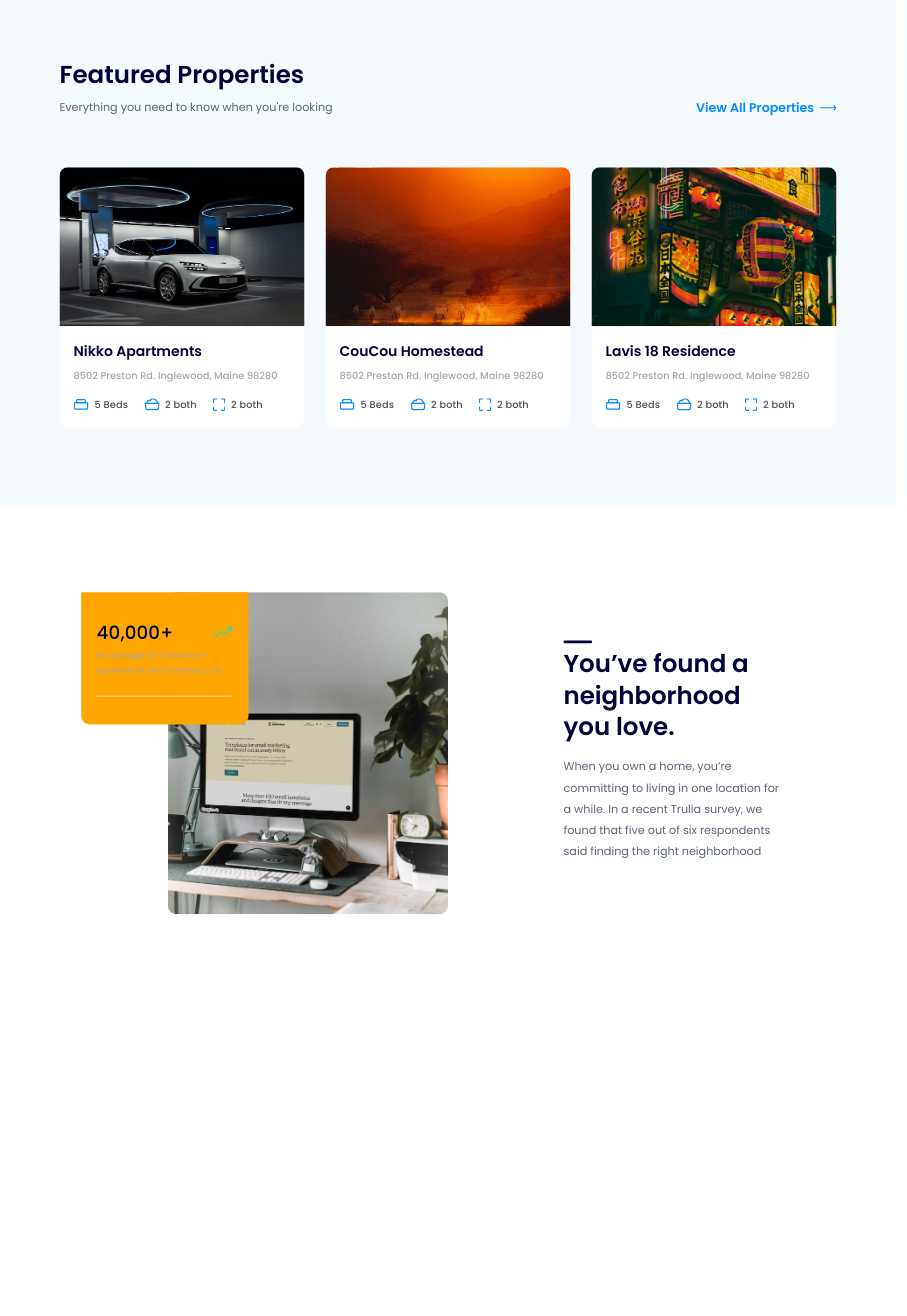
Repository: empty24062002/f8-htmlcss-01
Page: index.html
An editor plug-in stored every save of this project. The page is shown before and after the next save, followed by the edit.
The browser window is 1280 px wide. The page is 1295 px wide, so the pictures cover 1295 px, including what lies to the right of the window. The pictures show the part of the page from y = 1890 to 3770 px (the page is 10000 px tall), at 70% of full size.

Above is the page before, as saved 2023-07-13 10:45:24.

### index.html
<!DOCTYPE html>
<html lang="en">
    <head>
        <meta charset="UTF-8" />
        <meta name="viewport" content="width=device-width, initial-scale=1.0" />
        <title>F8 PROJECT 01</title>
        <link rel="stylesheet" href="./assets/css/reset.css" />
        <link rel="stylesheet" href="./assets/fonts/stylesheet.css" />
        <link rel="stylesheet" href="./assets/css/styles.css" />
    </head>
    <body>
        <main style="height: 10000px">
            <!-- Header -->
            <header class="header">
                <div class="content">
                    <nav class="navbar">
                        <!-- Logo -->
                        <img src="./assets/img/Logo.svg" alt="Besnik." />
                        <!-- Navigation -->
                        <ul>
                            <li><a href="#!">Home</a></li>
                            <li><a href="#!">Features</a></li>
                            <li><a href="#!">Services</a></li>
                            <li><a href="#!">Resources</a></li>
                            <li><a href="#!">Contact</a></li>
                        </ul>
                        <!-- Action -->
                        <div class="actions">
                            <a href="#!" class="action-link">Sign in</a>
                            <a href="#!" class="btn action-btn">Sign up</a>
                        </div>
                    </nav>

                    <div class="hero">
                        <div class="info">
                            <p class="sub-title">Welcome to Besnik Agency</p>
                            <h1 class="title">
                                Discover a place you'll love to live.
                            </h1>
                            <p class="desc">
                                Get the best real estate deals first, before
                                they hit the mass market! HOT FORECLOSURE DEALS
                                with one simple search.
                            </p>
                            <!-- cta: call to action -->
                            <a href="#!" class="btn hero-cta">More About Us</a>
                        </div>

                        <img
                            src="./assets/img/hero-img.svg"
                            alt="Discover a place you'll love to live."
                            class="hero-img"
                        />
                    </div>
                </div>
            </header>

            <!-- Clients -->
            <div class="clients">
                <div class="content">
                    <div class="row">
                        <!-- Logo -->
                        <img src="./assets/img/Logo.svg" alt="Besnik" />

                        <!-- Stars -->
                        <div class="stars">
                            <img src="./assets/img/star.svg" alt="star" />
                            <img src="./assets/img/star.svg" alt="star" />
                            <img src="./assets/img/star.svg" alt="star" />
                            <img src="./assets/img/star.svg" alt="star" />
                            <img src="./assets/img/star.svg" alt="star" />
                        </div>
                    </div>

                    <div class="row row-desc">
                        <p class="desc">
                            More than 45,000+ companies trust besnik
                        </p>
                        <p class="desc">5 Star Ratings (2k+ Review)</p>
                    </div>

                    <div class="images">
                        <img src="./assets/img/meundies-cllients1.svg" alt="" />
                        <img src="./assets/img/slack-clients.svg" alt="" />
                        <img src="./assets/img/amz-clients 3.svg" alt="" />
                        <img
                            src="./assets/img/woo-commerce-clients 4.svg"
                            alt=""
                        />
                        <img src="./assets/img/sitepoint-clients5.svg" alt="" />
                    </div>
                </div>
            </div>

            <!-- Guides -->
            <div class="guides">
                <div class="content">
                    <h2 class="sub-title">How its works?</h2>
                    <p class="desc">
                        Everything you need to know when you're looking to buy,
                        rent, or sell - all in one place.
                    </p>

                    <!-- List Guide -->
                    <ul class="list-guide">
                        <li class="guide-item">
                            <img
                                src="./assets/img/cart-icon.svg"
                                alt="buyer"
                                class="icon"
                            />
                            <h3 class="title">Buyer Guides</h3>
                            <a href="How to buy" class="link">
                                <span>How to buy</span>
                                <img
                                    src="./assets/img/arow-right.svg"
                                    alt="arrow right"
                                    class="arrow"
                                />
                            </a>
                        </li>
                        <li class="guide-item">
                            <img
                                src="./assets/img/rent-icon.svg"
                                alt="rent"
                                class="icon"
                            />
                            <h3 class="title">Renter Guides</h3>
                            <a href="How to buy" class="link">
                                <span>How to rent</span>
                                <img
                                    src="./assets/img/arow-right.svg"
                                    alt="arrow right"
                                    class="arrow"
                                />
                            </a>
                        </li>
                        <li class="guide-item">
                            <img
                                src="./assets/img/sellerr-icon.svg"
                                alt="Seller"
                                class="icon"
                            />
                            <h3 class="title">Seller Guides</h3>
                            <a href="How to buy" class="link">
                                <span>How to sell</span>
                                <img
                                    src="./assets/img/arow-right.svg"
                                    alt="arrow right"
                                    class="arrow"
                                />
                            </a>
                        </li>
                    </ul>

                    <div class="guide-cta">
                        <a href="#!" class="btn">Sell Full Guidelines</a>
                    </div>
                </div>
            </div>

            <!-- Featured -->
            <div class="featured">
                <div class="content">
                    <header>
                        <h2 class="sub-title">Featured Properties</h2>
                        <div class="row">
                            <p class="desc">
                                Everything you need to know when you're looking
                            </p>
                            <a href="#!" class="link">
                                <span>View All Properties</span>
                                <img
                                    src="./assets/img/arow-right.svg"
                                    alt="arrow right"
                                    class="arrow"
                                />
                            </a>
                        </div>
                    </header>

                    <div class="list">
                        <!-- Featured item 1 -->
                        <div class="item">
                            <a href="#!">
                                <img
                                    src="./assets/img/featured-1.jpg"
                                    alt="Nikko Apartments"
                                    class="thumbnail"
                                />
                            </a>
                            <div class="body">
                                <h3 class="title">
                                    <a href="#!">Nikko Apartments</a>
                                </h3>
                                <p class="desc">
                                    8502 Preston Rd. Inglewood, Maine 98280
                                </p>
                                <div class="info">
                                    <img
                                        src="./assets/img/icon-1.svg"
                                        alt=""
                                        class="icon"
                                    />
                                    <span class="lable">5 Beds</span>
                                    <img
                                        src="./assets/img/icon-2.svg"
                                        alt=""
                                        class="icon"
                                    />
                                    <span class="lable">2 both</span>
                                    <img
                                        src="./assets/img/icon-3.svg"
                                        alt=""
                                        class="icon"
                                    />
                                    <span class="lable">2 both</span>
                                </div>
                            </div>
                        </div>
                        <!-- Featured item 2 -->
                        <div class="item">
                            <a href="#!">
                                <img
                                    src="./assets/img/featured-2.jpg"
                                    alt="CouCou Homestead"
                                    class="thumbnail"
                                />
                            </a>
                            <div class="body">
                                <h3 class="title">
                                    <a href="#!" class="line-clamp"
                                        >CouCou Homestead</a
                                    >
                                </h3>
                                <p class="desc line-clamp">
                                    8502 Preston Rd. Inglewood, Maine 98280
                                </p>
                                <div class="info">
                                    <img
                                        src="./assets/img/icon-1.svg"
                                        alt=""
                                        class="icon"
                                    />
                                    <span class="lable">5 Beds</span>
                                    <img
                                        src="./assets/img/icon-2.svg"
                                        alt=""
                                        class="icon"
                                    />
                                    <span class="lable">2 both</span>
                                    <img
                                        src="./assets/img/icon-3.svg"
                                        alt=""
                                        class="icon"
                                    />
                                    <span class="lable">2 both</span>
                                </div>
                            </div>
                        </div>
                        <!-- Featured item 3 -->
                        <div class="item">
                            <a href="#!">
                                <img
                                    src="./assets/img/featured-3.jpg"
                                    alt="Lavis 18 Residence"
                                    class="thumbnail"
                                />
                            </a>
                            <div class="body">
                                <h3 class="title">
                                    <a href="#!">Lavis 18 Residence</a>
                                </h3>
                                <p class="desc">
                                    8502 Preston Rd. Inglewood, Maine 98280
                                </p>
                                <div class="info">
                                    <img
                                        src="./assets/img/icon-1.svg"
                                        alt=""
                                        class="icon"
                                    />
                                    <span class="lable">5 Beds</span>
                                    <img
                                        src="./assets/img/icon-2.svg"
                                        alt=""
                                        class="icon"
                                    />
                                    <span class="lable">2 both</span>
                                    <img
                                        src="./assets/img/icon-3.svg"
                                        alt=""
                                        class="icon"
                                    />
                                    <span class="lable">2 both</span>
                                </div>
                            </div>
                        </div>
                    </div>
                </div>
            </div>

            <!-- Stats -->
            <div class="stats">
                <div class="content">
                    <div class="row">
                        <div class="img-block">
                            <img
                                class="image"
                                src="./assets/img/stat-img.jpg"
                                alt="You’ve found a neighborhood you love."
                            />

                            <!-- Trend -->
                            <div class="stats-trend">
                                <div class="row">
                                    <strong class="value">40,000+</strong>
                                    <img
                                        src="./assets/img/trend-img.svg"
                                        alt=""
                                        class="icon"
                                    />
                                </div>
                                <p class="desc">
                                    By avarage for 2 bedroom apments in San
                                    Francisco, CA
                                </p>
                                <div class="separate"></div>
                            </div>
                        </div>
                        <div class="info">
                            <h2 class="sub-title">
                                You’ve found a neighborhood you love.
                            </h2>
                            <p class="desc">
                                When you own a home, you’re committing to living
                                in one location for a while. In a recent Trulia
                                survey, we found that five out of six
                                respondents said finding the right neighborhood
                            </p>
                        </div>
                    </div>
                </div>
            </div>
        </main>
    </body>
</html>

### assets/css/styles.css
* {
    box-sizing: border-box;
}

:root {
    --primary-color: #0f1b4c;
}

html {
    font-size: 62.5%;
}

body {
    font-size: 1.6rem;
    font-family: "Poppins", sans-serif;
}
/* Common */
a {
    text-decoration: none;
}

.content {
    width: 1110px;
    max-width: calc(100% - 48px);
    margin-left: auto;
    margin-right: auto;
}

.btn {
    display: inline-block;
    min-width: 98px;
    padding: 18px 16px;
    border-radius: 12px;
    background: var(--primary-color);
    font-size: 1.4rem;
    font-weight: 500;
    text-align: center;
    color: #fff;
}

.btn:hover {
    opacity: 0.9;
}

.line-clamp {
    display: -webkit-box;
    -webkit-line-clamp: var(--line-clamp, 2);
    -webkit-box-orient: vertical;
    overflow: hidden;
}

/* Header */
.header {
    position: relative;
    background-color: #e6f0ff;
    height: 100vh;
}

.navbar {
    display: flex;
    align-items: center;
    padding-top: 38px;
}

.navbar ul {
    display: flex;
    margin-left: 50px;
}

.navbar ul a {
    font-size: 1.4rem;
    font-weight: 500;
    color: #4f5361;
    padding: 8px 14px;
}

.navbar ul a:hover {
    text-decoration: underline;
}

.navbar .actions {
    margin-left: auto;
}

.navbar .action-link {
    font-size: 1.4rem;
    font-weight: 500;
    color: var(--primary-color);
    margin-right: 18px;
}

.navbar .action-btn {
    padding: 13px 16px;
    border-radius: 8px;
}

.hero {
    margin-top: 130px;
}

.hero .info {
    width: 51%;
}

.hero .sub-title {
    color: #687690;
    font-size: 1.8rem;
    line-height: 1.5;
    font-weight: 500;
    letter-spacing: 0.01em;
}

.hero .title {
    margin-top: 8px;
    color: #000336;
    font-size: 6.2rem;
    font-weight: 700;
    line-height: 1.19;
}

.hero .desc {
    margin-top: 30px;
    color: #5a6473;
    font-size: 1.8rem;
    font-weight: 400;
    line-height: 1.78;
}

.hero-cta {
    min-width: 170px;
    margin-top: 40px;
}

.hero-img {
    position: absolute;
    right: calc((100vw - 1110px) / 2 - 100px);
    bottom: 0;
}

/* Clients */
.clients {
    margin-top: 79px;
    padding: 43px 0 64px;
}

.clients .row {
    display: flex;
    justify-content: space-between;
}

.clients .row-desc {
    margin-top: 23px;
}

.clients .desc {
    font-size: 1.6rem;
    font-weight: 500;
    line-height: 20px;
}

.clients .images {
    display: flex;
    justify-content: space-between;
    align-items: center;
    margin-top: 96px;
}

/* Guides */

.guides {
    margin-top: 40px;
    padding: 93px 0 79px;
}

.guides .sub-title {
    position: relative;
    color: #000339;
    text-align: center;
    font-size: 3.5rem;
    font-weight: 600;
    line-height: 35px;
}

.guides .sub-title::before {
    position: absolute;
    display: inline-block;
    content: "";
    width: 41px;
    height: 4px;
    top: -10px;
    left: 50%;
    transform: translateX(-50%);
    border-radius: 12px;
    background: #000339;
}

.guides .desc {
    width: 459px;
    max-width: 100%;
    color: #5a6473;
    text-align: center;
    margin: 20px auto 0;
    font-size: 1.6rem;
    font-weight: 400;
    line-height: 30px;
}

.list-guide {
    display: flex;
    justify-content: center;
    margin-top: 70px;
}

.guide-item {
    margin: 0 70px;
    text-align: center;
}

.guide-item .title {
    margin-top: 26px;
    color: #3b3c45;
    font-size: 2rem;
    font-weight: 500;
    line-height: 22px;
}

.guide-item .link {
    display: inline-block;
    margin-top: 10px;
    color: #0689ff;
    font-size: 1.4rem;
    font-weight: 600;
}

.guide-item .arrow {
    margin-left: 6px;
}

.guide-cta {
    display: flex;
    justify-content: center;
    margin-top: 50px;
}

.guide-cta .btn {
    min-width: 170px;
    color: #fff;
    font-size: 1.3rem;
    font-weight: 500;
    line-height: normal;
}

/* Featured */

.featured {
    background: #f5fafe;
    margin-top: 41px;
    padding: 110px 0;
}

.featured .sub-title {
    color: #000339;
    font-size: 3.5rem;
    font-weight: 600;
    line-height: 35px;
}

.featured .row {
    display: flex;
    justify-content: space-between;
    margin-top: 15px;
}

.featured .desc {
    color: #5a6473;
    font-size: 1.6rem;
    font-weight: 400;
    line-height: 30px;
}

.featured .link {
    display: flex;
    align-items: center;
    color: #0689ff;
    font-size: 18px;
    font-weight: 600;
}

.featured .arrow {
    margin-left: 8px;
}
.featured .list {
    display: flex;
    gap: 30px;
    margin-top: 70px;
}

.featured .item {
    background: #fff;
    flex: 1;
    border-radius: 12px;
}

.featured .item .thumbnail {
    width: 100%;
    height: 227px;
    object-fit: cover;
    border-top-left-radius: 12px;
    border-top-right-radius: 12px;
}

.featured .item .body {
    padding: 17px 20px 24px;
}

.featured .item .title a {
    color: #000339;
    font-size: 2rem;
    font-weight: 600;
    line-height: 1.5;
}

.featured .item .desc {
    --line-clamp: 3;
    margin-top: 11px;
    color: #a3a6ab;
    font-size: 1.4rem;
    line-height: 1.5;
    font-weight: 500;
    word-break: break-all;
}

.featured .item .info {
    display: flex;
    align-items: center;
    margin-top: 21px;
}

.featured .item .lable {
    margin-left: 8px;
    color: #4d4d52;
    font-size: 1.4rem;
    font-weight: 500;
    letter-spacing: 0.14px;
}

.featured .item .icon {
    margin-left: 23px;
}

.featured .item .icon:first-child {
    margin-left: 0;
}

/* Stats */
.stats {
    margin-top: 75px;
    padding: 50px 0;
    /* background: orange;*/
}

.stats .content {
    width: 1048px;
}

.stats .row {
    display: flex;
}

.stats .img-block,
.stats .info {
    width: 50%;
}

.stats .img-block .image {
    display: block;
    margin-left: auto;
    width: 400px;
    height: 460px;
    border-radius: 12px;
    object-fit: cover;
}

.stats .info {
    padding: 79px 0 0 165px;
}

.stats .img-block {
    position: relative;
}

.stats-trend {
    position: absolute;
    top: 0;
    left: 0;
    width: 239px;
    padding: 45px 22px 40px;
    border-radius: 0px 0px 12px 12px;
    background-color: orange;
}

.stats-trend .value {
    color: #000339;
    font-size: 2.6rem;
    font-weight: 500;
    letter-spacing: 0.26px;
}

.stats-trend .icon {
    margin-left: auto;
}

.stats-trend .desc {
    margin-top: 8px;
    color: #a7a7a7;
    font-size: 1.2rem;
    font-weight: 400;
    line-height: 1.8;
}

.stats-trend .separate {
    margin-top: 25.5px;
    width: 193.62px;
    height: 1.2px;
    background: #e9e9e9;
}

.stats .sub-title {
    position: relative;
    width: 269px;
    color: #000339;
    font-size: 3.5rem;
    font-weight: 600;
    line-height: 1.29; /* 128.571% */
}

.stats .sub-title::before {
    position: absolute;
    content: "";
    display: block;
    width: 41px;
    height: 4px;
    top: -10px;
    left: 0;
    border-radius: 12px;
    background: #000339;
}

.stats .info .desc {
    width: 309px;
    margin-top: 20px;
    color: #5a6473;
    font-size: 1.6rem;
    font-weight: 400;
    line-height: 1.88;
}

Loaded but not shown: assets/css/reset.css (common file); assets/fonts/stylesheet.css (162 lines, source omitted)

After the next save:
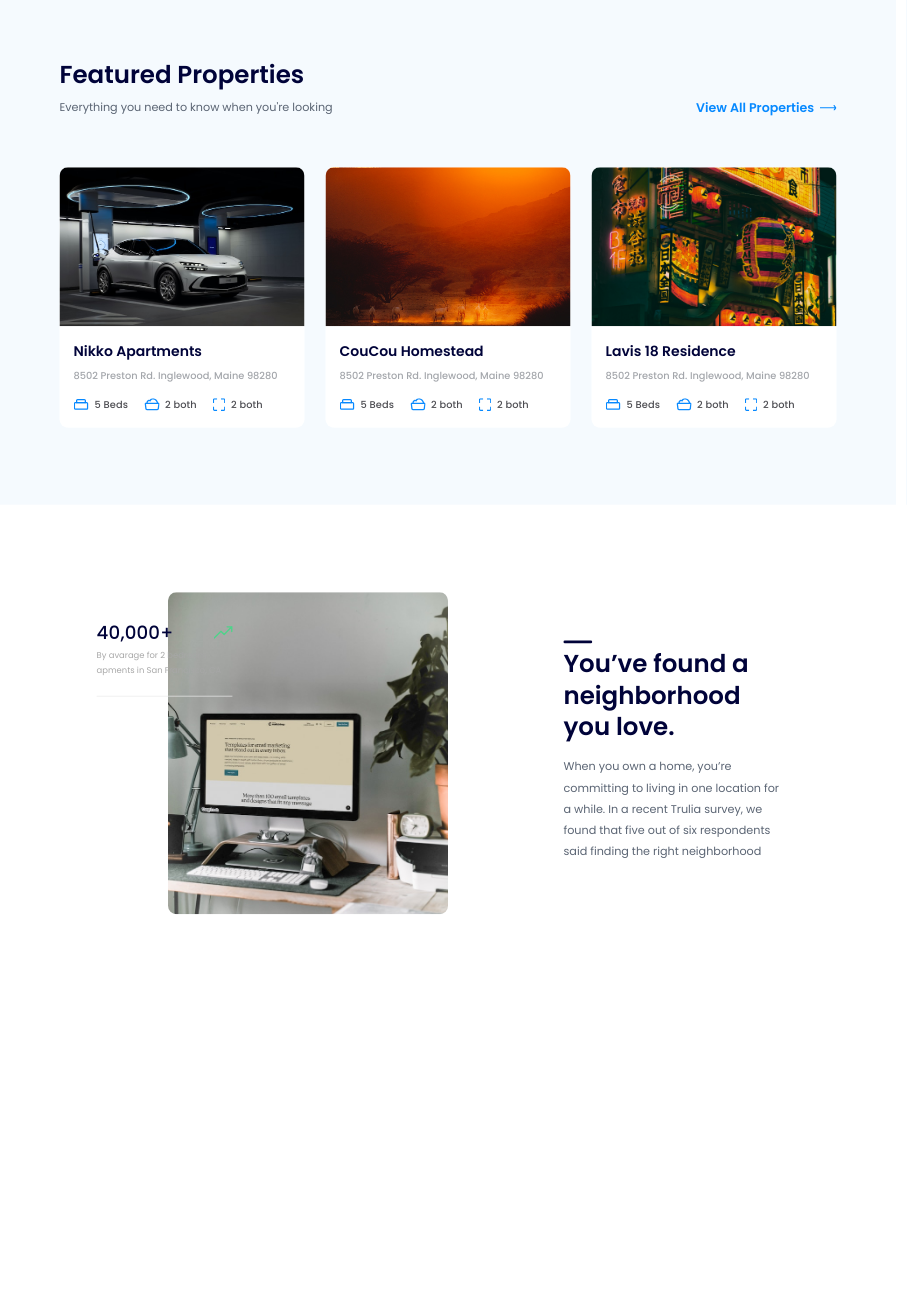
Saved 5 s later.
--- a/assets/css/styles.css
+++ b/assets/css/styles.css
@@ -396,7 +396,7 @@
     width: 239px;
     padding: 45px 22px 40px;
     border-radius: 0px 0px 12px 12px;
-    background-color: orange;
+    /* background-color: orange; */
 }
 
 .stats-trend .value {
